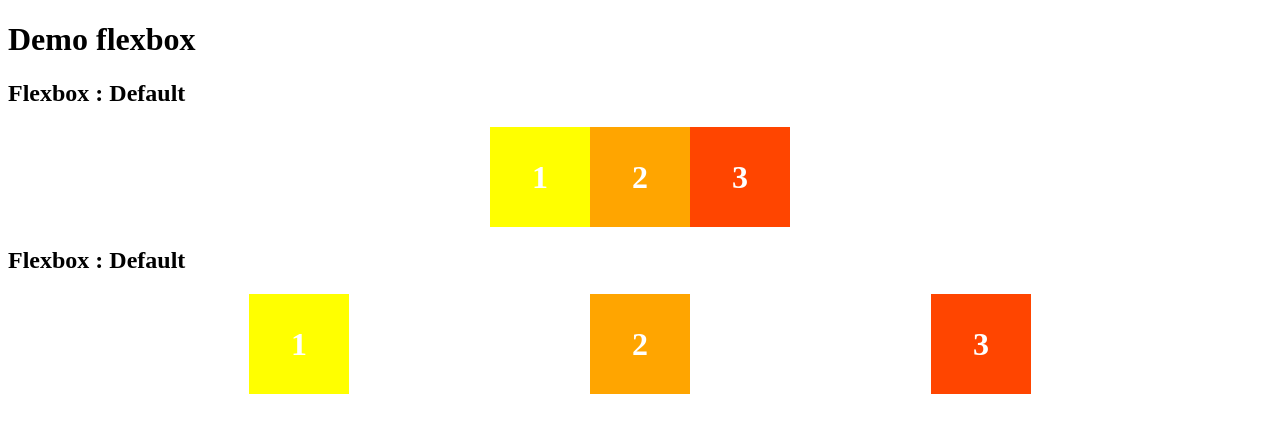
Repository: cvTuananh/Wed-famework
Page: Lab04/lab04/demo07.html
These files come from the project's save history. The page is drawn as it stood at one moment and after the next save; the edit follows.
The browser window is 1280 px wide. The pictures show the whole page.

Above is the page before, as saved 2021-09-28 20:47:25.

After the next save:
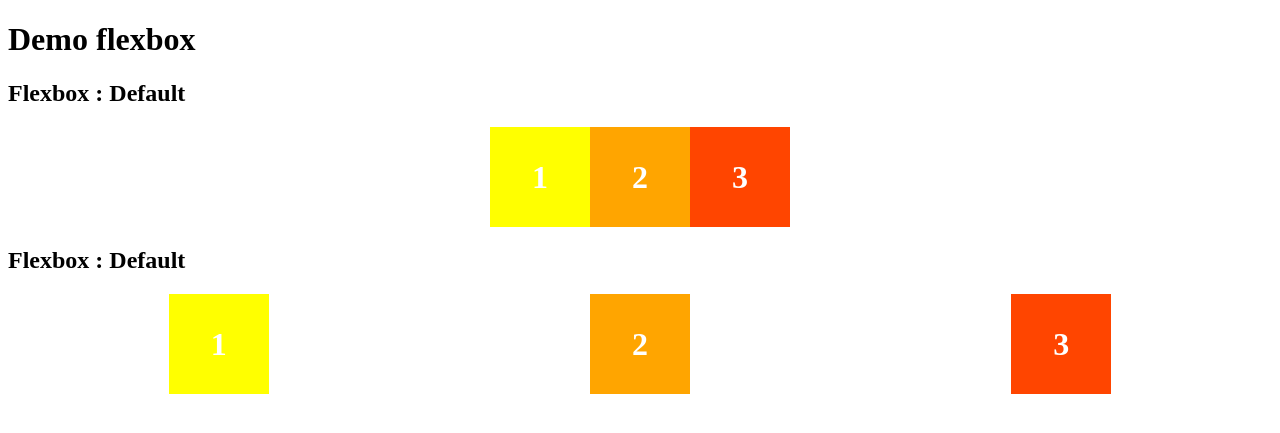
Saved 5 s later.
--- a/Lab04/lab04/demo07.html
+++ b/Lab04/lab04/demo07.html
@@ -29,7 +29,7 @@
         }
         .box2{
             display: flex;
-            justify-content: space-evenly;
+            justify-content: space-around;
         }
 
     </style>
